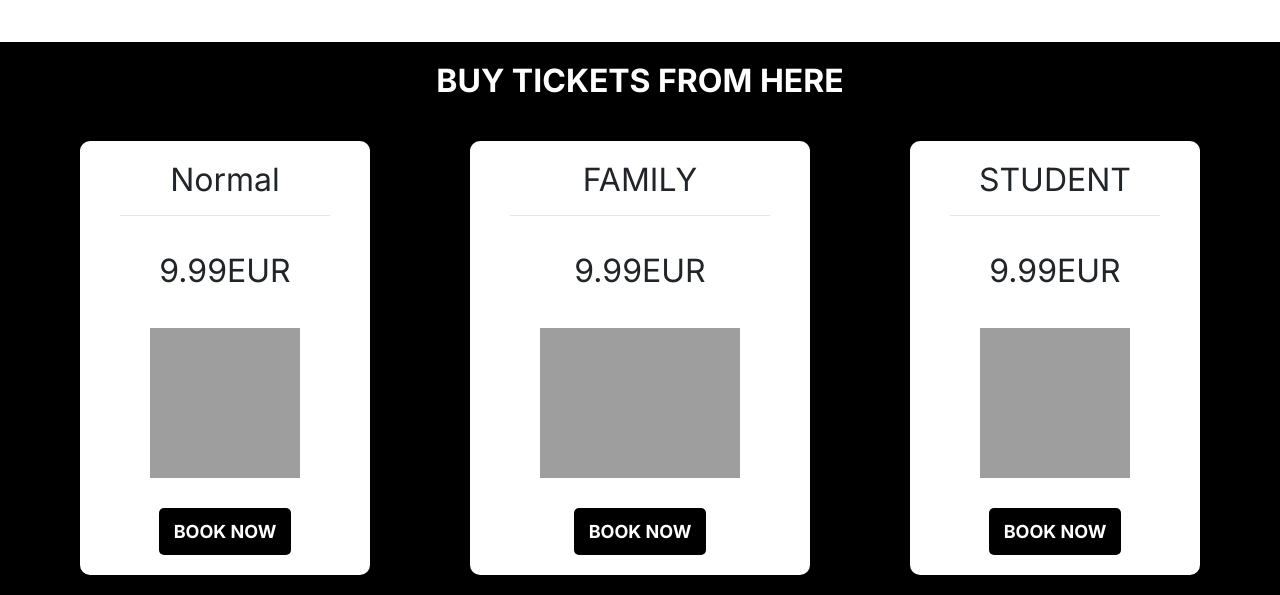
Repository: m-koparanova/MuseumOfCandy
Page: index.html
The author's editor kept a copy of each file at every save. The page is drawn from the files as they stood at one save, then again after the next save.
The browser window is 1280 px wide. The pictures show the part of the page from y = 1376 to 2021 px (the page is 1971 px tall before and 2021 px after).
Pictures or frames that could not be fetched are drawn as grey boxes. Some web fonts or font styles are not loaded; a fallback is used.

Above is the page before, as saved 2023-03-05 22:52:46.

### index.html
<!DOCTYPE html>
<html lang="en">
<head>
    <meta charset="UTF-8">
    <meta http-equiv="X-UA-Compatible" content="IE=edge">
    <meta name="viewport" content="width=device-width, initial-scale=1.0">
    <title>Document</title>
    <link rel="stylesheet" href="https://cdn.jsdelivr.net/npm/bootstrap@4.6.2/dist/css/bootstrap.min.css" integrity="sha384-xOolHFLEh07PJGoPkLv1IbcEPTNtaed2xpHsD9ESMhqIYd0nLMwNLD69Npy4HI+N" crossorigin="anonymous">

    <link rel="stylesheet" href="style.css">

</head>
<body>
    <nav class="nav-bar">
        <h2 class="logo">MUSEUM OF CANDY</h2>
        <div class="top-nav">

            <ul>
                <li class="nav"><a href="#">Home</a></li>
                <li class="nav"><a href="#">Tickets</a></li>
            </ul>
            <button class="button">Log in</button>
        </div>

    </nav>

    <tbody>
        <div class="image-container">
            <img src="pics\pexels-lisa-fotios-918327.jpg" alt="" class="image">
            <div class="text-container">
                <h3>MUSEUM OF CANDY</h3>
                <hr>
                <p>Here you can enjoy every candy<br>you can think of</p>
            </div>
        </div>

        <div>
            <h2 class="delights-text" id="delights-text">Delights for everyone!</h2>
        </div>

        <div class="gallery">
            <img src="C:\Users\Magda\Desktop\code\pics\pexels-anna-tukhfatullina-food-photographerstylist-2638026.jpg" alt="" width="280" height="355">
            <img src="C:\Users\Magda\Desktop\code\pics\pexels-photo-1775285.webp" alt="" width="280" height="355">
            <img src="C:\Users\Magda\Desktop\code\pics\resized-cookie.jpg" alt="" width="280" height="355">
        </div>

        <h2 class="buy-tickets">BUY TICKETS FROM HERE</h2>
            <div class="ticket-container">
                <div class="ticket">
                    <h2>Normal</h2>
                    <hr>
                    <h2>9.99EUR</h2>

                    <div class="icon">
                        <img src="C:\Users\Magda\Desktop\code\pics\cotton-candy.png" width="150" height="150" alt="">

                    </div>

                    <div class="ticket-button">
                        <button class="book-now">BOOK NOW</button>
                    </div>
                </div>




                <div class="ticket" id="family">
                    <h2>FAMILY</h2>
                    <hr>
                    <h2>9.99EUR</h2>

                    <div class="icon">
                        <img src="C:\Users\Magda\Desktop\code\pics\sweets.png" width="200" height="150" alt="">

                    </div>

                    <div class="ticket-button">
                        <button class="book-now">BOOK NOW</button>
                    </div>
                </div>

                <div class="ticket">
                    <h2>STUDENT</h2>
                    <hr>
                    <h2>9.99EUR</h2>

                    <div class="icon">
                        <img src="C:\Users\Magda\Desktop\code\pics\cotton-candy.png" width="150" height="150" alt="">

                    </div>

                    <div class="ticket-button">
                        <button class="book-now">BOOK NOW</button>
                    </div>

            </div>
        </div>

    </tbody>


    <script src="https://cdn.jsdelivr.net/npm/jquery@3.5.1/dist/jquery.slim.min.js" integrity="sha384-DfXdz2htPH0lsSSs5nCTpuj/zy4C+OGpamoFVy38MVBnE+IbbVYUew+OrCXaRkfj" crossorigin="anonymous"></script>
    <script src="https://cdn.jsdelivr.net/npm/bootstrap@4.6.2/dist/js/bootstrap.bundle.min.js" integrity="sha384-Fy6S3B9q64WdZWQUiU+q4/2Lc9npb8tCaSX9FK7E8HnRr0Jz8D6OP9dO5Vg3Q9ct" crossorigin="anonymous"></script>

</body>
</html>

### style.css
@import url('https://fonts.googleapis.com/css2?family=Inter:wght@100;200;300;400;500;600;700;800;900&display=swap');
@import url('https://fonts.googleapis.com/css2?family=Italianno&display=swap');


*{
    margin: 0;
    padding: 0;
}

.nav-bar{
    background: black;
}

.logo {
    font-family: 'Inter', sans-serif, bold;
    color: white;
    position: absolute;
    margin-top: 20px;
    margin-left: 20px;
}

.top-nav{
    display: flex;
    align-items: end;
    justify-content: end;
    padding-top: 20px;
    padding-left: 20px;

}

.top-nav ul li{
    display: inline-block;
    list-style-type: none;
    padding-left: 20px;
    padding-right: 20px;
    font-family: 'Inter', sans-serif;
    font-size: 28px;
}

.top-nav ul li a{
    text-decoration: none;
    color: white;
}

.top-nav ul li a:hover{
    color: rgb(215, 5, 5);
    transition: .3s;
}

.button{
    border: none;
    background: white;
    border-radius: 10px;
    padding: 8px 15px 8px 15px;
    margin-right: 30px;
    margin-left: 40px;
    margin-bottom: 15px;
    font-family: 'Inter', sans-serif;
    text-align: center;
}

.button:hover{
    background: rgb(215, 5, 5);
    color: white;
}

.image-container {
    position: relative;
    text-align: center;
}

.image{
    object-fit: cover;
    width: 100%;
    height: 700px;
}

.text-container{
    position: absolute;
    bottom: 30px;
    left: 30px;
    background: white;
    opacity: 90%;
    padding: 40px 40px 40px 40px ;
}

.image-container div hr{
    border-width: 3px;
    opacity: 100%;
    background: red;
}
.image-container div h3{
    font-family: "Inter", sans-serif;
    font-size: 36px;
    font-weight: 700;
}

.image-container div p{
    font-family: 'Italianno', cursive;
    font-size: 38px;
    margin-top: 30px;
    margin-bottom: 0px;
}

.delights-text{
    font-family: 'Italianno', cursive;
    text-align: center;
    margin: 40px 0px 40px 0px;
    font-size: 100px;
}

.gallery{
    display: flex;
    justify-content: space-evenly;
}

.gallery img{
    width: 20%;
    margin: calc(20%/6);
}

.buy-tickets{
    background-color: black;
    color: white;
    font-family: 'Inter', sans-serif;
    font-size: 32px;
    padding: 20px;
    text-align: center;
    font-weight: 700;
    margin: 0px;
}

.ticket-container{
    background: black;
    display: flex;
    position: relative;
    align-items: center;
    justify-content: space-evenly;

}

.ticket{
    background: white;
    margin: 20px;
    padding-left: 40px;
    padding-right: 40px;
    padding-bottom: 20px;
    border-radius: 10px;

}

.ticket h2{
    text-align: center;
    font-family: 'Inter', sans-serif;
    font-weight: 400;
    top: 10px;
    padding: 20px 20px 0px 20px;

}

.icon{
    padding: 30px;
}
.ticket-button{
    margin: 0px;
    padding: 0px;
    text-align: center;

}

.book-now{
    border: none;
    background: black;
    color: white;
    border-radius: 5px;
    font-family: 'Inter', sans-serif;
    font-weight: 700;
    padding: 10px 15px 10px 15px;
    font-size: 18px;

}

After the next save:
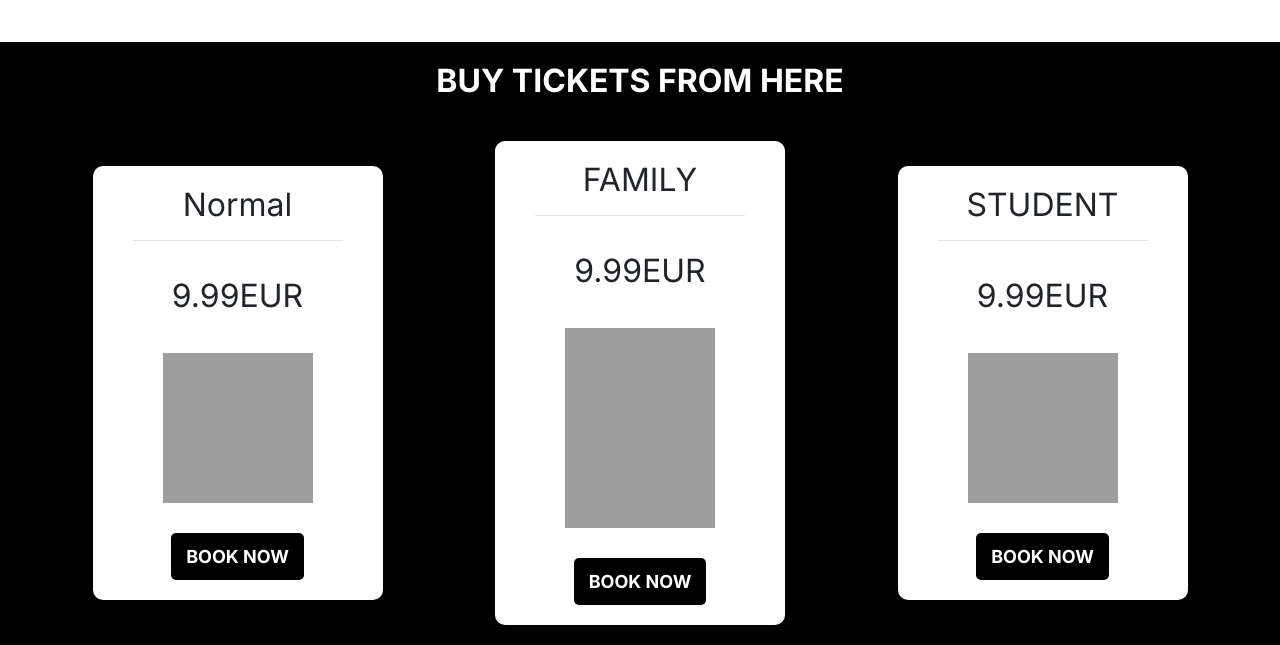
Saved 20 s later.
--- a/index.html
+++ b/index.html
@@ -70,7 +70,7 @@
                     <h2>9.99EUR</h2>
 
                     <div class="icon">
-                        <img src="C:\Users\Magda\Desktop\code\pics\sweets.png" width="200" height="150" alt="">
+                        <img src="C:\Users\Magda\Desktop\code\pics\sweets.png" width="150" height="200" alt="">
 
                     </div>
 
